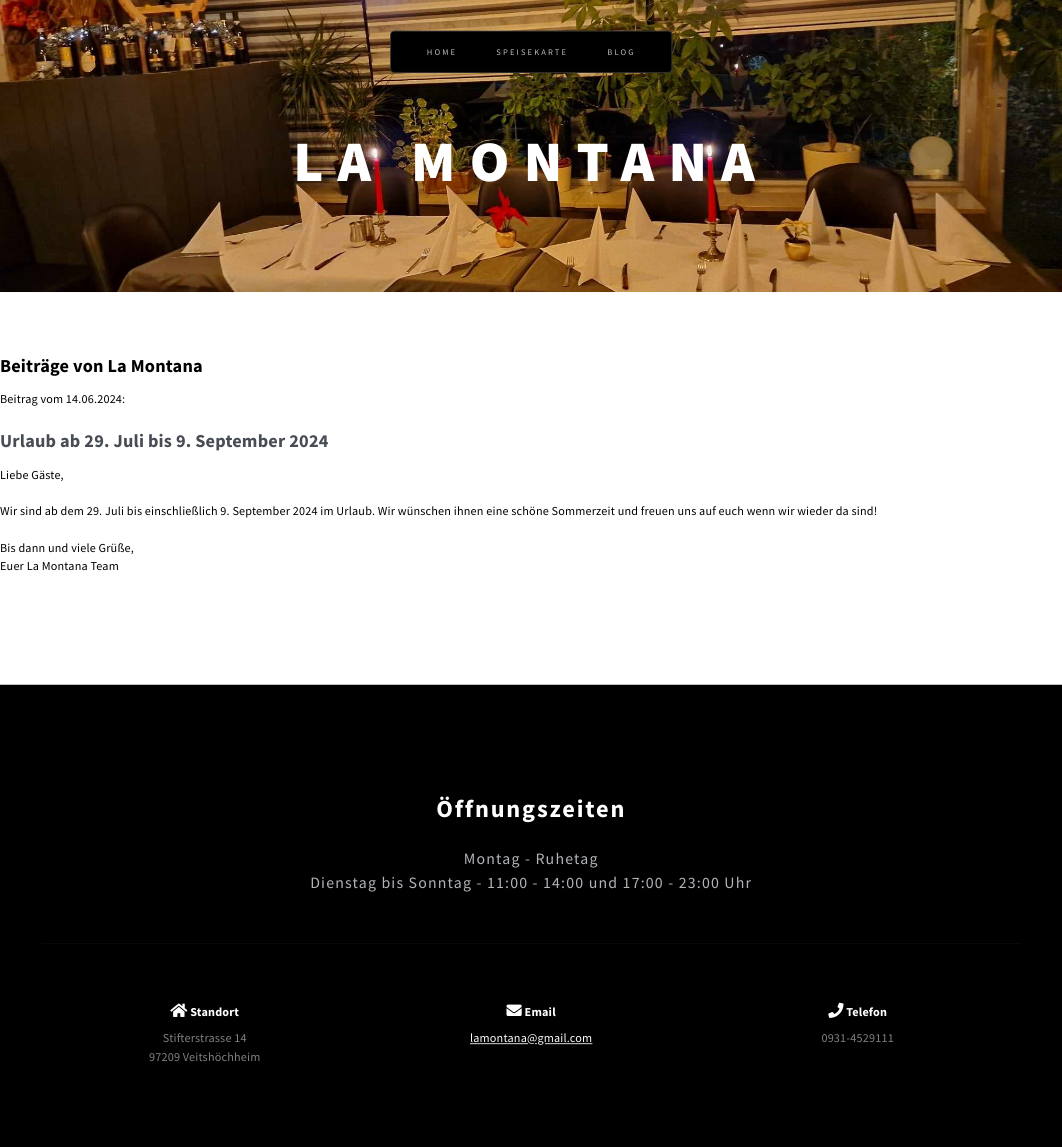
Repository: restaurantlamontana/restaurantlamontana.github.io
Page: blog.html
The author's editor kept a copy of each file at every save. The page is drawn from the files as they stood at one save, then again after the next save.
The browser window is 1280 px wide. The pictures show the whole page, at 83% of full size.

Above is the page before, as saved 2024-07-14 18:51:26.

### blog.html
<!DOCTYPE HTML>
<!--
	Escape Velocity by HTML5 UP
	html5up.net | @ajlkn
	Free for personal and commercial use under the CCA 3.0 license (html5up.net/license)
-->
<html>
	<head>
		<title>La Montana - Blog</title>
		<meta charset="utf-8" />
		<meta name="viewport" content="width=device-width, initial-scale=1, user-scalable=no" />
		<link rel="stylesheet" href="assets/css/main.css" />
	</head>
	<body class="right-sidebar is-preload">
		<div id="page-wrapper">
			<!-- Header -->
			<section id="header" class="wrapper">
				<!-- Logo -->
				<div id="logo">
				  <h1 style="font-size: 69px;"><a href="index.html">La Montana</a></h1>
				</div>

				<!-- Nav -->
				<nav id="nav">
				  <ul class="toplinks">
					<li class="current"><a href="index.html">Home</a></li>
					<li><a href="assets/Speisekarte_Scan.pdf" target="_blank">Speisekarte</a></li>
					<li><a href="blog.html">Blog</a></li>
				  </ul>
				</nav>
			  </section>

			<!-- Main -->
				<section id="main" class="wrapper style2">
					<div>
						<h1 style="color: black;">Beiträge von La Montana</h1>
						<div>
						<p style="color: black;">Beitrag vom 14.06.2024:</p>
						<h2>Urlaub ab 29. Juli bis 9. September 2024</h2>
						<p style="color: black;">
							Liebe Gäste,
							<br>
							<br>
							Wir sind ab dem 29. Juli bis einschließlich 9. September 2024 im Urlaub.
							Wir wünschen ihnen eine schöne Sommerzeit und freuen uns auf euch wenn wir wieder da sind!
							<br>
							<br>
							Bis dann und viele Grüße, <br>
							Euer La Montana Team
						</p>
					</div>
					</div>
				</section>

		<!-- Footer -->
		<section id="footer" class="wrapper">
			<div class="container">
				<header class="style1">
					<h2>Öffnungszeiten</h2>
					<p>
						Montag - Ruhetag <br />
						Dienstag bis Sonntag - 11:00 - 14:00 und 17:00 - 23:00 Uhr
					</p>
				</header>
				<div class="flex-container">
					<div class="flex-item">
						<h3 class="icon solid fa-home">   Standort</h3>
						<p>
							Stifterstrasse 14<br />
							97209 Veitshöchheim<br />
						</p>
					</div>
					<div class="flex-item">
						<h3 class="icon solid fa-envelope">   Email</h3>
						<p>
							<a href="#">lamontana@gmail.com</a>
						</p>
					</div>
					<div class="flex-item">
						<h3 class="icon solid fa-phone">   Telefon</h3>
						<p>0931-4529111</p>
					</div>
				</div>
			</div>
		</section>
	</body>
	</html>

Loaded but not shown: assets/css/fontawesome-all.min.css (library); assets/css/main.css (3153 lines, source omitted)

After the next save:
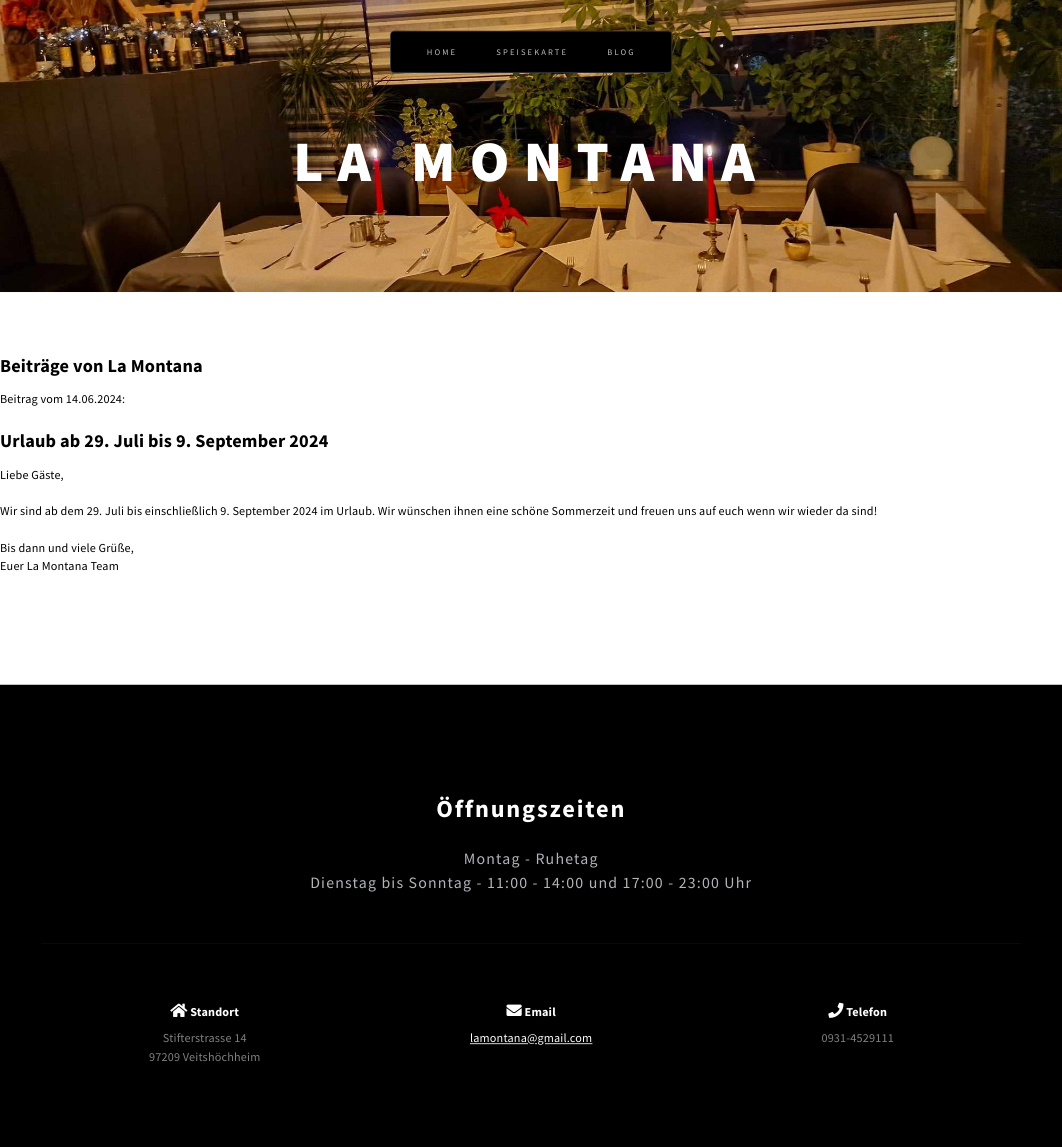
Saved 10 s later.
--- a/blog.html
+++ b/blog.html
@@ -36,7 +36,7 @@
 						<h1 style="color: black;">Beiträge von La Montana</h1>
 						<div>
 						<p style="color: black;">Beitrag vom 14.06.2024:</p>
-						<h2>Urlaub ab 29. Juli bis 9. September 2024</h2>
+						<h2 style="color: black;">Urlaub ab 29. Juli bis 9. September 2024</h2>
 						<p style="color: black;">
 							Liebe Gäste,
 							<br>
